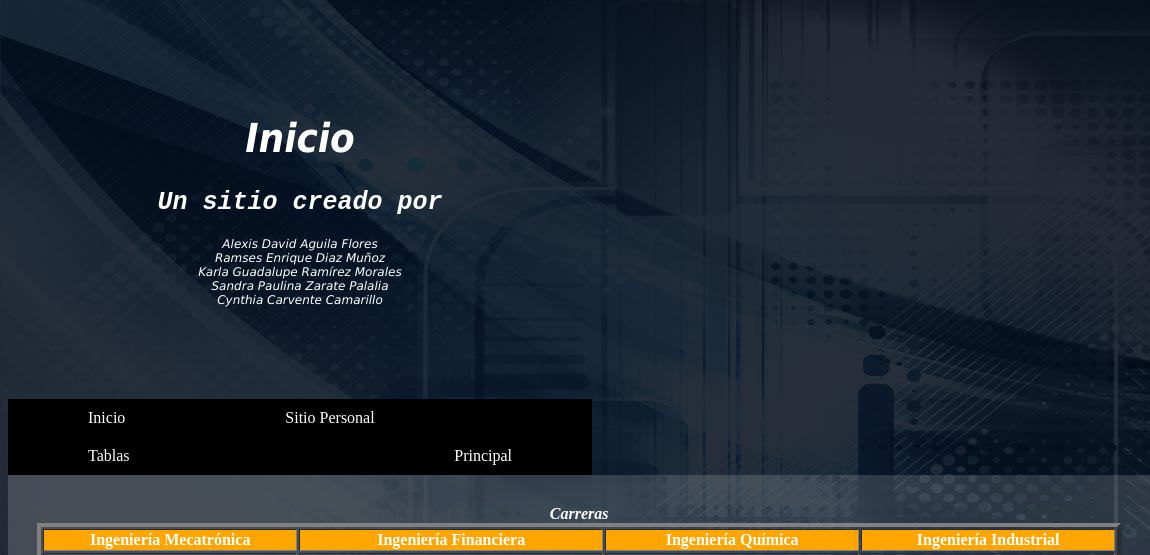
Repository: Dogueen/miniProyectoUniversidad
Page: miniProyecto/pages/inicio.html
The author's editor kept a copy of each file at every save. The page is drawn from the files as they stood at one save, then again after the next save.
The browser window is 600 px wide. The page is 1150 px wide, so the pictures cover 1150 px, including what lies to the right of the window. The pictures show the part of the page from y = 0 to 555 px (the page is 2020 px tall).
Pictures or frames that could not be fetched are drawn as grey boxes.

Above is the page before, as saved 2023-10-31 12:17:38.

After the next save:
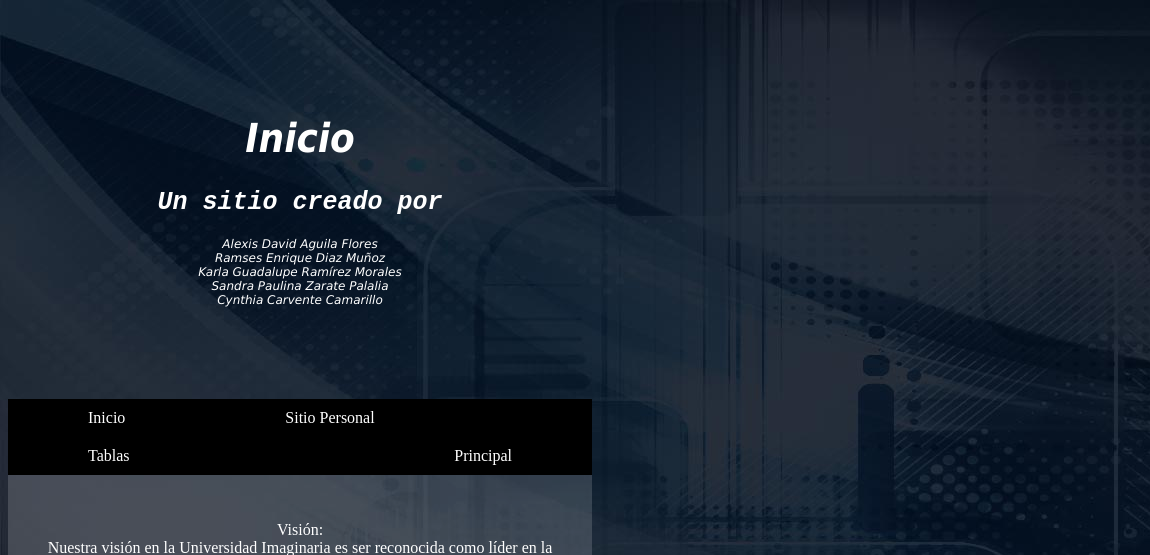
Saved 10 min 31 s later.
--- a/miniProyecto/styles/inicio.css
+++ b/miniProyecto/styles/inicio.css
@@ -59,14 +59,14 @@ body {
 }
 
 .side {
-    flex: 30%;
+    flex: 1;
     background-color: #f1f1f12a;
     padding: 5% 5%;
     text-align: left;
 }
 
 .main {
-    flex: 70%;
+    flex: 2;
     background-color: #f1f1f12a;
     padding: 5% 5%;
     text-align: right;
@@ -78,7 +78,7 @@ body {
 
 @media screen and (max-width: 700px) {
     .row {
-        flex-direction: column-reverse;
+        flex-direction: row;
     }
 }
 
